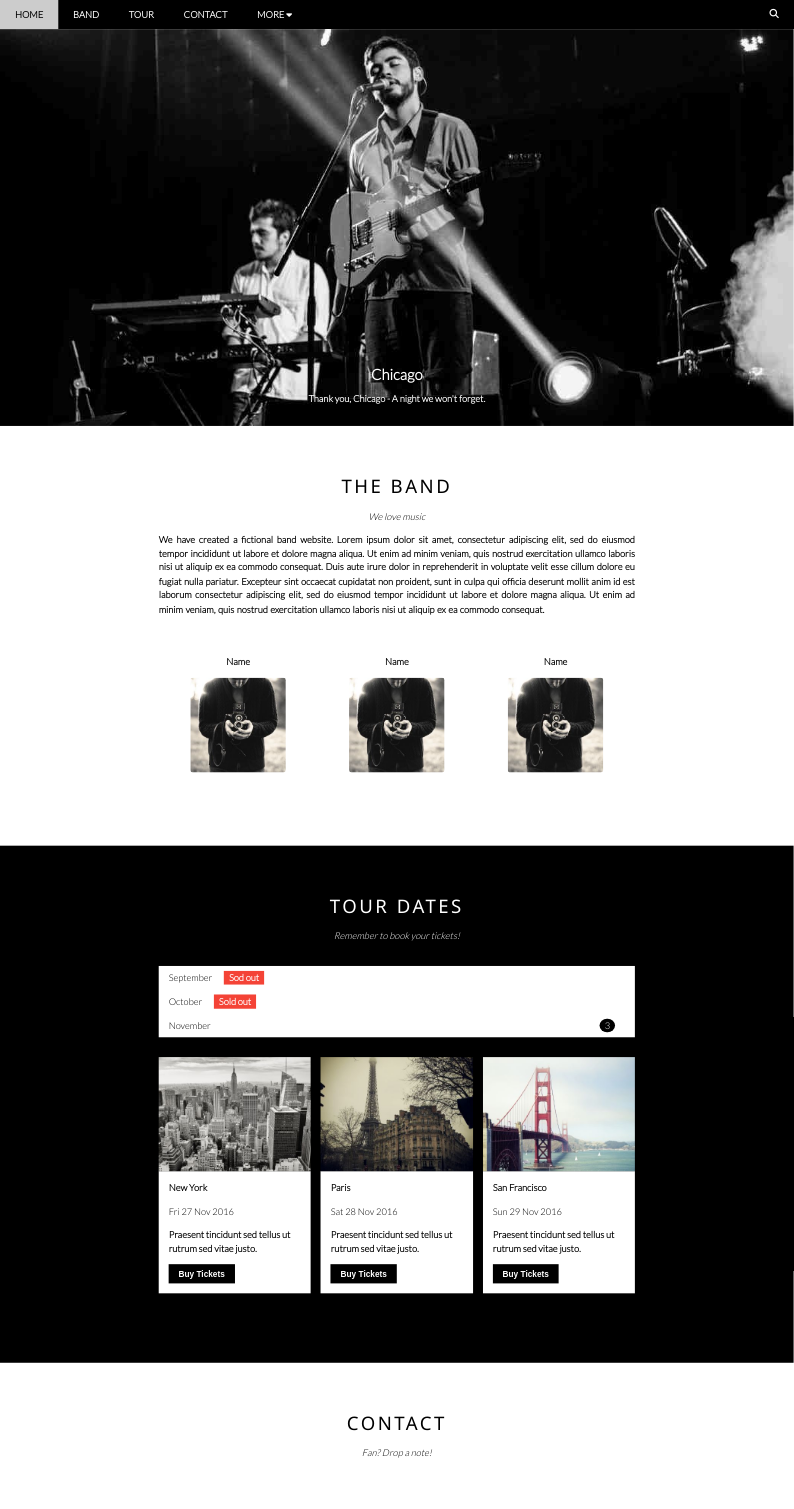
Repository: vanmanhAI/project-03-w3
Page: index.html
An editor plug-in stored every save of this project. The page is shown before and after the next save, followed by the edit.
The browser window is 1280 px wide. The pictures show the whole page, at 62% of full size.
Some web libraries are served in a nearby version.

Above is the page before, as saved 2022-07-13 09:51:40.

### index.html
<!DOCTYPE html>
<html lang="en">
<head>
    <meta charset="UTF-8">
    <meta http-equiv="X-UA-Compatible" content="IE=edge">
    <meta name="viewport" content="width=device-width, initial-scale=1.0">
    <title>Document</title>
    <link rel="stylesheet" href="./assets/css/style.css">
    <!-- icons -->
    <link rel="stylesheet" href="https://cdnjs.cloudflare.com/ajax/libs/font-awesome/6.1.1/css/all.min.css" integrity="sha512-KfkfwYDsLkIlwQp6LFnl8zNdLGxu9YAA1QvwINks4PhcElQSvqcyVLLD9aMhXd13uQjoXtEKNosOWaZqXgel0g==" crossorigin="anonymous" referrerpolicy="no-referrer" />
    <!-- font -->
    <link rel="preconnect" href="https://fonts.googleapis.com">
<link rel="preconnect" href="https://fonts.gstatic.com" crossorigin>
<link href="https://fonts.googleapis.com/css2?family=Lato:wght@300&display=swap" rel="stylesheet">
</head>
<body>
    <div id="main">
        <div id="header">
            <ul id="nav">
                <li><a href="#">home</a></li>
                <li><a href="#content-band">band</a></li>
                <li><a href="#content-tour">tour</a></li>
                <li><a href="#">contact</a></li>
                <li>
                    <a href="#">
                        more
                        <i class="fa-solid fa-caret-down subnav-caret"></i>
                    </a>
                    <ul class="subnav">
                        <li><a href="#">merchandise</a></li>
                        <li><a href="#">extras</a></li>
                        <li><a href="#">media</a></li>
                    </ul>
                </li>
            </ul>
            <i class="fa-solid fa-magnifying-glass header-search"></i>
        </div>

        <div id="slider">
            <div class="slider-desc">
                <h3 class="slider-name">chicago</h3>
                <b class="slider-content">Thank you, Chicago - A night we won't forget.</b>
            </div>
        </div>

        <div id="content">
            <div class="content-section" id="content-band">
                <h3 class="section-heading" >the band</h3>
                <p class="section-sub-heading">We love music</p>
                <p class="about">We have created a fictional band website. Lorem ipsum dolor sit amet, consectetur adipiscing elit, sed do eiusmod tempor incididunt ut labore et dolore magna aliqua. Ut enim ad minim veniam, quis nostrud exercitation ullamco laboris nisi ut aliquip ex ea commodo consequat. Duis aute irure dolor in reprehenderit in voluptate velit esse cillum dolore eu fugiat nulla pariatur. Excepteur sint occaecat cupidatat non proident, sunt in culpa qui officia deserunt mollit anim id est laborum consectetur adipiscing elit, sed do eiusmod tempor incididunt ut labore et dolore magna aliqua. Ut enim ad minim veniam, quis nostrud exercitation ullamco laboris nisi ut aliquip ex ea commodo consequat.</p>
                <div class="members-list">
                    <div class="member-item">
                        <p class="member-name">name</p>
                        <img src="./assets/img/Band/member1.jpg" alt="name" class="member-img">
                    </div>
                    <div class="member-item">
                        <p class="member-name">name</p>
                        <img src="./assets/img/Band/member1.jpg" alt="name" class="member-img">
                    </div>
                    <div class="member-item">
                        <p class="member-name">name</p>
                        <img src="./assets/img/Band/member1.jpg" alt="name" class="member-img">
                    </div>
                </div>
            </div>
            <div class="tour-section">
                <div class="content-section" id="content-tour">
                    <h3 class="section-heading text-white">tour dates</h3>
                    <p class="section-sub-heading text-white">Remember to book your tickets!</p>
                    <br>
                    <ul class="tickets-list">
                        <li>September <span class="sold-out">Sod out</span></li>
                        <li>October <span class="sold-out">Sold out</span></li>
                        <li>November <span class="quantity">3</span></li>
                    </ul>
                    <div class="places-list">
                        <div class="place-item">
                            <img src="./assets/img/Places/newyork.jpg" alt="New York" class="place-img">
                            <div class="place-body">
                                <h4 class="place-heading">new york</h4>
                                <p class="place-time">Fri 27 Nov 2016</p>
                                <p class="place-desc">Praesent tincidunt sed tellus ut rutrum sed vitae justo.</p>
                                <button class="place-buy-btn js-buy-ticket">Buy Tickets</button>
                            </div>
                        </div>
                        <div class="place-item">
                            <img src="./assets/img/Places/paris.jpg" alt="Paris" class="place-img">
                            <div class="place-body">
                                <h4 class="place-heading">paris</h4>
                                <p class="place-time">Sat 28 Nov 2016</p>
                                <p class="place-desc">Praesent tincidunt sed tellus ut rutrum sed vitae justo.</p>
                                <button class="place-buy-btn js-buy-ticket">Buy Tickets</button>
                            </div>
                        </div>
                        <div class="place-item">
                            <img src="./assets/img/Places/sanfran.jpg" alt="San Francisco" class="place-img">
                            <div class="place-body">
                                <h4 class="place-heading">san francisco</h4>
                                <p class="place-time">Sun 29 Nov 2016</p>
                                <p class="place-desc">Praesent tincidunt sed tellus ut rutrum sed vitae justo.</p>
                                <button class="place-buy-btn js-buy-ticket">Buy Tickets</button>
                            </div>
                        </div>
                    </div>
                </div>
            </div>
            <div class="content-section">
                <h3 class="section-heading">contact</h3>
                <p class="section-sub-heading">Fan? Drop a note!</p>

            </div>
        </div>
        <div id="footer"></div>
    </div>
    <div class="modal js-modal">
        <div class="modal-container js-modal-container">
            <div class="modal-header">
                <button class="modal-close js-modal-close">✕</button>
                <h3 class="modal-heading">
                    <i class="fa-solid fa-suitcase modal-bag"></i>
                    Tickets
                </h3>
            </div>
            <div class="modal-body">
                <label for="ticket-quantity" class="modal-label">
                    <i class="fa-solid fa-cart-shopping modal-shopping"></i>
                    Tickets, $15 per person
                </label>
                <input type="text" name="" id="ticket-quantity" placeholder="How many?" class="modal-input">
                <label for="ticket-email" class="modal-label">
                    <i class="fa-solid fa-user modal-user"></i>
                    Send To
                </label>
                <input type="text" name="" id="ticket-email" placeholder="Enter email" class="modal-input">
                <button class="modal-btn-pay">
                    PAY
                    <i class="fa-solid fa-check modal-check"></i>
                </button>
                <button class="modal-btn-close js-modal-close">
                    Close
                    <i class="fa-solid fa-xmark modal-xmark"></i>
                </button>
                <p class="modal-assit">
                    Need
                    <a href="#" class="modal-help">help?</a>
                </p>
            </div>
        </div>
    </div>
    <script>
        const buyBtns = document.querySelectorAll('.js-buy-ticket')
        const modal = document.querySelector('.js-modal')
        const modalCloses = document.querySelectorAll('.js-modal-close')
        const modalContainer = document.querySelector('.js-modal-container')
        modal.addEventListener('click', closeModal)
        modalContainer.addEventListener('click', function (event) {
            event.stopPropagation()
        })
        function closeModal() {
            modal.classList.remove('open')
        }
        function showBuyTicKets() {
            modal.classList.add('open')
        }
        for(const modalClose of modalCloses) {
            modalClose.addEventListener('click', closeModal)
        }
        for(const buyBtn of buyBtns) {
            buyBtn.addEventListener('click',  showBuyTicKets)
        }
    </script>
</body>
</html>

### assets/css/style.css
* {
    padding: 0;
    margin: 0;
    box-sizing: border-box;
}
html {
    font-size: 62.5%;
}
:root {
    --lineheight-nav: 2.25rem;
    --padding-nav: 1.2rem;
}
/* common */
.text-white {
    color: #fff;
}
.row {
    margin-left: -1.6rem;
    margin-right: -1.6rem;
}
.col {
    float: left;
    padding-left: 0.8rem;
    padding-right: 0.8rem;
}
/* main */
#main {

}
#header {
    position: fixed;
    z-index: 1;
    top: 0;
    left: 0;
    right: 0;
    background: #000;
    font-size: 1.5rem;
    font-family: 'Lato', sans-serif;
    font-weight: bold;
    line-height: var(--lineheight-nav);
}
#header:after {
    content: "";
    display: block;
    clear: both;
}
#header .header-search {
    color: #fff;
    display: block;
    float: right;
    padding: var(--padding-nav) 2.4rem;
    line-height: var(--lineheight-nav);
    cursor: pointer;
}
#header .header-search:hover {
    background: #f44336
}
#header #nav>li {
    position: relative;
    text-align: center;
    cursor: pointer;
    float: left;
}
#header #nav>li>a {
    display: block;
    padding: var(--padding-nav) 2.4rem;
}
#header #nav>li:last-child:hover .subnav {
    width: 16rem;
}
#header #nav li:hover {
    background: #ccc;
}
#header #nav>li:hover>a {
    color: #000;
}
#nav li {
    list-style-type: none;
    position: relative;
}
#nav li .subnav-caret {
    text-transform: none;
    text-align: center;
}
#nav li a {
    color: #fff;
    text-decoration: none;
    text-transform: uppercase;
}
#nav .subnav {
    position: absolute;
    width: 0;
    overflow: hidden;
    top: 100%;
    left: 0;
    background: #fff;
    color: #000;
    box-shadow: 0 0 4px 0 #ccc;
    transition: width 0.3s linear;
}
#nav .subnav li {
    padding: 0.8rem 1.6rem;
    text-align: left;
    min-width: 16rem;
}
#nav .subnav li a {
    color: #000;
    text-transform: capitalize;
}
#slider {
    position: relative;
    margin-top: calc(var(--lineheight-nav) + 2*var(--padding-nav));
    background: #ccc;
    padding-top: 50%;
    max-height: 100vh;
    background: url('/assets/img/sliders/chicago.jpg') top/cover no-repeat
}
.slider-desc{
    position: absolute;
    bottom: 0;
    left: 50%;
    transform: translatex(-50%);
    color: #fff;
    padding: 3.2rem 1.6rem;
    text-align: center;
    font-size: 1.5rem;
    font-family: 'Lato', sans-serif;

}
.slider-name{
    text-transform: capitalize;
    font-size: 2.4rem;
    line-height: 3.6rem;
    margin: 1rem 0;
}
.slider-content{
    line-height: 1.5;
    font-size: 1.5rem;
}
#content {
    line-height: 1.5;
}
#content .content-section {
    max-width: 80rem;
    margin: 0 auto;
    padding: 6.4rem 1.6rem;
    font-size: 1.5rem;
    font-family: 'Lato', sans-serif;
}
#content .section-heading {
    font-size: 3rem;
    text-transform: uppercase;
    line-height: 4.5rem;
    margin: 1rem 0;
    text-align: center;
    letter-spacing: 0.4rem;
    font-family: "Segoe UI",Arial,sans-serif;
    font-weight: 400;
}
#content .section-sub-heading {
    text-align: center;
    font-style: italic;
    font-weight: 100;
    margin: 1.5rem 0;
}
#content .content-section .about {
    text-align: justify;
    font-weight: bold;
    margin: 1.5rem 0;
    word-spacing: 0.1rem;
}
#content .members-list {
    padding: 3.2rem 0;
    text-align: center;
}
#content .members-list:after {
    content: "";
    display: block;
    clear: both;
}
#content .member-item{
    float: left;
    width: calc(100%/3);
}
#content .members-list .member-name {
    margin: 1.5rem 0;
    text-transform: capitalize;
    font-weight: bold;
}
#content .members-list .member-img{
    width: 60%;
    border-radius: 0.4rem;
    margin: 0 0 1.6rem;
}
#content .tour-section {
    background: #000;
}
#content .tour-section .tickets-list {
    background: #fff;
    list-style-type: none;
}
#content .tickets-list li {
    padding: 0.8rem 1.6rem;
}
#content .tickets-list .sold-out {
    display: inline-block;
    padding: 0 0.8rem;
    color: #fff;
    background: #f44336;
    margin-left: 1.6rem;
    text-align: center;
    font-weight: bold;
}
#content .tickets-list .quantity {
    display: block;
    padding: 0 0.8rem;
    background: #000;
    color: #fff;
    border-radius: 50%;
    float: right;
    margin-right: 1.6rem;
}
#content .places-list {
    padding: 3.2rem 0.8rem;
    margin: 0 -1.6rem;
}
#content .places-list:after {
    content: "";
    display: block;
    clear: both;
}
#content .places-list .place-item {
    width: calc(100%/3);
    float: left;
    padding: 0 0.8rem 1.6rem;
}
#content .places-list .place-img {
    width: 100%;
    vertical-align: middle;
}
#content .places-list .place-img:hover {
    opacity: 0.6;
}
#content .places-list .place-body{
    background: #fff;
    padding: 0.015rem 1.6rem;
}
#content .places-list .place-heading{
    margin: 1.5rem 0;
    text-transform: capitalize;
    font-weight: 700;
}
#content .places-list .place-time{
    margin: 1.5rem 0;
}
#content .places-list .place-desc{
    margin: 1.5rem 0;
    font-weight: bold;
}
#content .places-list .place-buy-btn{
    display: inline-block;
    padding: 0.8rem 1.6rem;
    border: none;
    background: #000;
    color: #fff;
    margin-bottom: 1.6rem;
    font-weight: bold;
}
#content .places-list .place-buy-btn:hover {
    background: #ccc;
    color: #000;
}
.modal {
    display: none;
    position: fixed;
    z-index: 3;
    top: 0;
    left: 0;
    right: 0;
    bottom: 0;
    background: rgba(0, 0, 0, 0.4);
    font-size: 1.5rem;
    font-family: "Segoe UI",Arial,sans-serif;
    line-height: 2.25rem;
    padding: 100px 16px;
}
.modal.open {
    display: block;
}
.modal .modal-container {
    position: relative;
    z-index: 2;
    box-shadow: 0 4px 10px rgba(0, 0, 0, 0.4);
    max-width: 900px;
    margin: auto;
}
.modal.open .modal-container {
    animation:  modalFadeIn 0.5s ease;
}
.modal .modal-container .modal-header {
    position: relative;
    color: #fff;
    background: #009688;
    text-align: center;
    padding: 3.2rem 1.6rem;
}
.modal .modal-header .modal-close {
    position: absolute;
    top: 0;
    right: 0;
    line-height: 3.6rem;
    padding: 0.8rem 1.6rem;
    font-size: 1.5rem;
    border: none;
    background: transparent;
}
.modal .modal-header .modal-close:hover {
    background: #ccc;
    color: #000;
}
.modal .modal-header .modal-heading {
    font-weight: 400;
    font-size: 3rem;
    line-height: 4.5rem;
    margin: 1rem 0;
    letter-spacing: 0.4rem;
}
.modal .modal-header .modal-bag{
    font-size: 2.7rem;
}
.modal .modal-container .modal-body {
    padding: 0.015rem 1.6rem;
    background: #fff;
}
.modal-container .modal-body:after {
    content: "";
    display: block;
    clear: both;
}
.modal .modal-body .modal-label {
    display: block;
    margin: 1.5rem 0;
}
.modal .modal-body .modal-input {
    display: block;
    width: 100%;
    border: 1px solid #ccc;
    padding: 8px;
    font-family: "Segoe UI",Arial,sans-serif;
    font-size: 1.5rem;
    line-height: 2.25rem;
}
.modal .modal-container .modal-btn-pay {
    display: block;
    width: 100%;
    border: none;
    margin: 1.6rem 0;
    padding: 1.6rem;
    background: #009688;
    color: #fff;
    text-align: center;
}
.modal .modal-container .modal-btn-pay:hover {
    background: #ccc;
    color: #000;
}
.modal .modal-container .modal-btn-close {
    border: none;
    margin: 1.6rem 0;
    padding: 0.8rem 1.6rem;
    float: left;
    background: #f44336;
    color: #fff;
    font-weight: bold;
    font-family: "Segoe UI",Arial,sans-serif;
    font-size: 1.5rem;
    line-height: 2.25rem;
}
.modal-container .modal-btn-close:hover {
    background: #ccc;
    color: #000;
}
.modal .modal-container .modal-assit {
    float: right;
    margin: 1.5rem 0;
}
.modal-container .modal-assit .modal-help {
    color: #2196f3;
    font-family: "Segoe UI",Arial,sans-serif;
}
@keyframes modalFadeIn {
    from {
        transform: translateY(-125%);
        opacity: 0;
    }
    to {
        transform: translateY(0);
        opacity: 1;
    }
}
.footer {

}

After the next save:
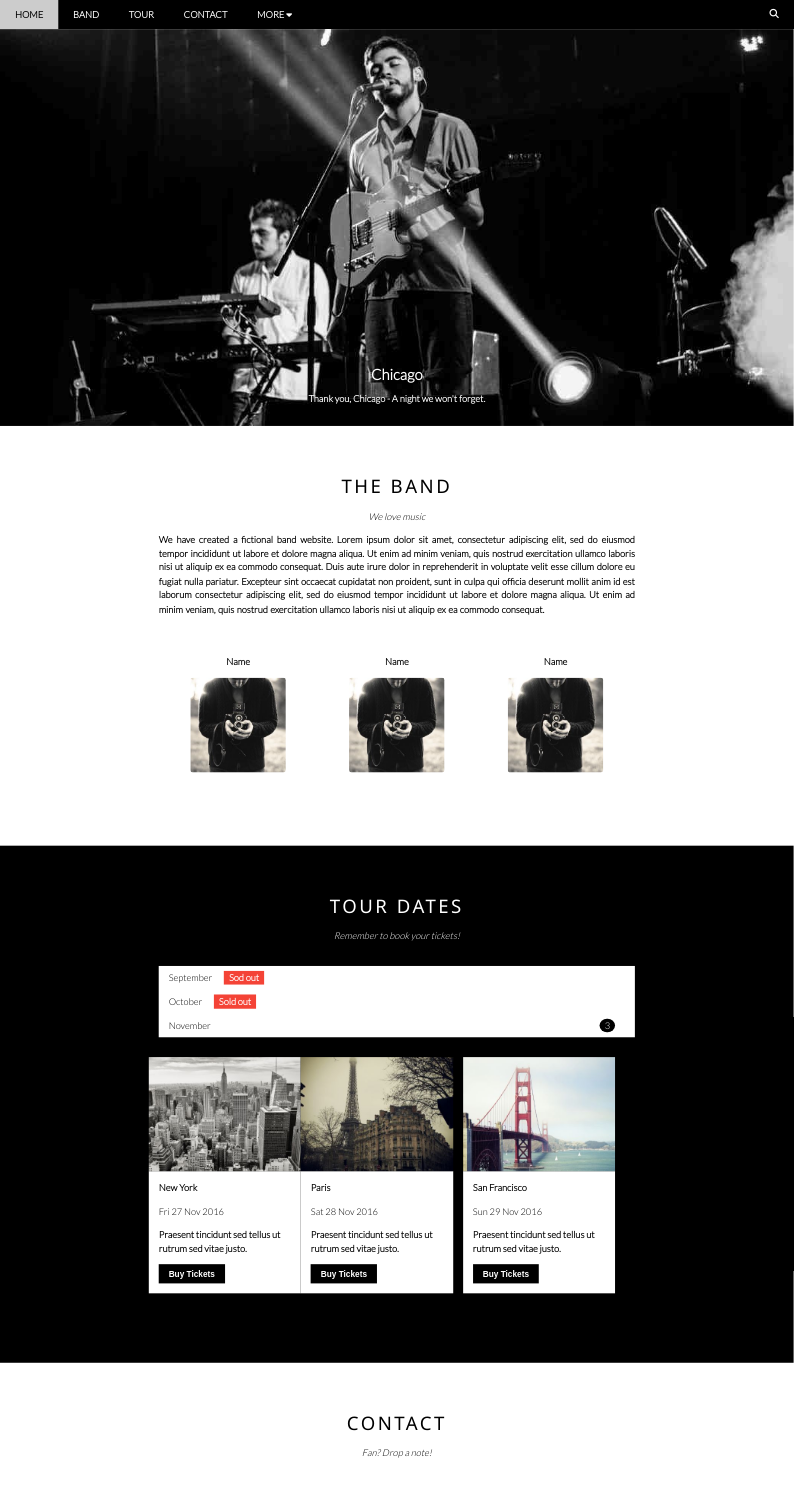
Saved 39 s later.
--- a/index.html
+++ b/index.html
@@ -74,7 +74,7 @@
                         <li>November <span class="quantity">3</span></li>
                     </ul>
                     <div class="places-list">
-                        <div class="place-item">
+                        <div class="place-item row">
                             <img src="./assets/img/Places/newyork.jpg" alt="New York" class="place-img">
                             <div class="place-body">
                                 <h4 class="place-heading">new york</h4>

After the 2 saves that followed:
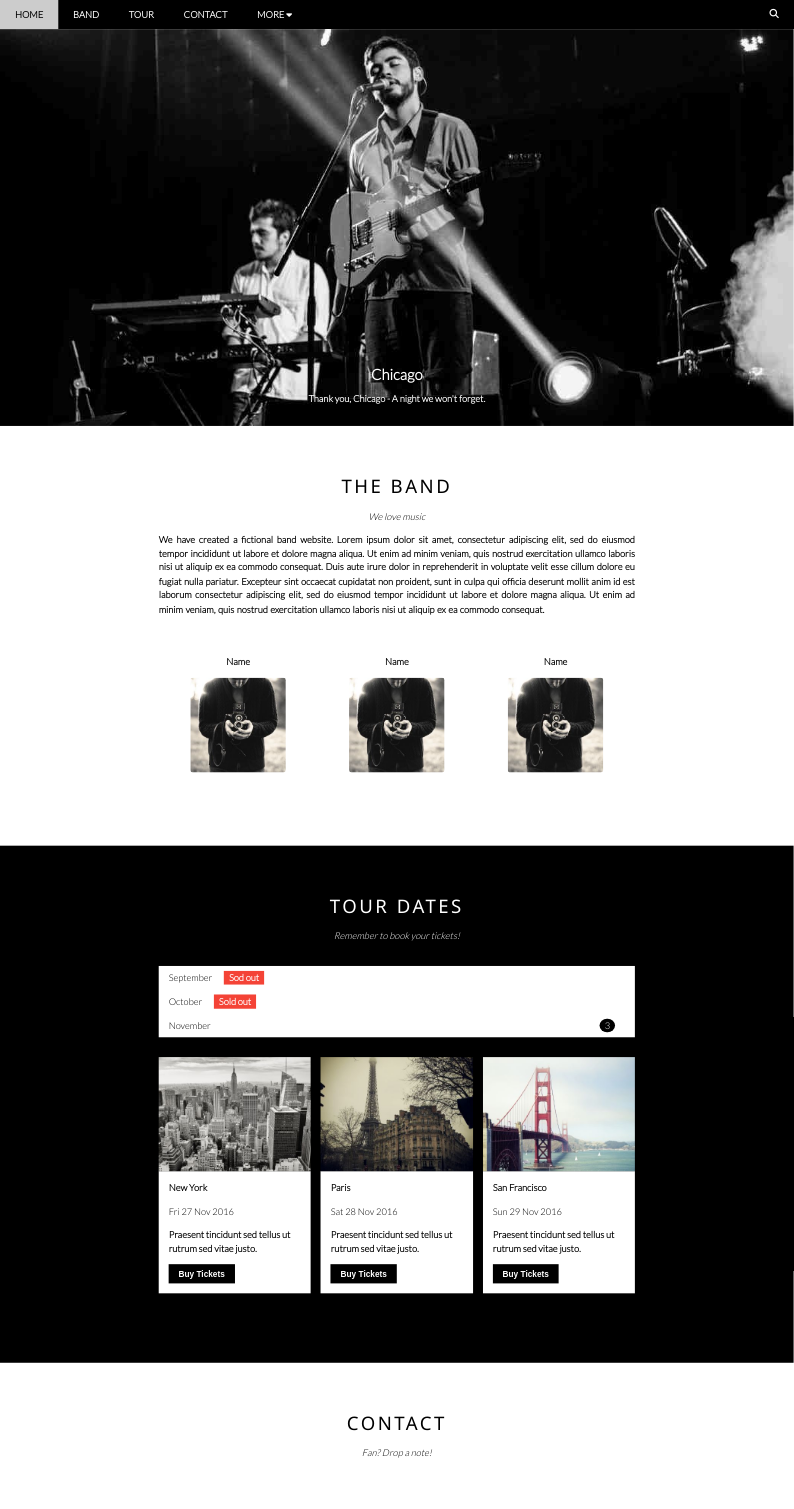
The 2 saves are shown as one change because they came seconds apart.
The last was saved 35 s later.
--- a/index.html
+++ b/index.html
@@ -73,8 +73,8 @@
                         <li>October <span class="sold-out">Sold out</span></li>
                         <li>November <span class="quantity">3</span></li>
                     </ul>
-                    <div class="places-list">
-                        <div class="place-item row">
+                    <div class="places-list row">
+                        <div class="place-item">
                             <img src="./assets/img/Places/newyork.jpg" alt="New York" class="place-img">
                             <div class="place-body">
                                 <h4 class="place-heading">new york</h4>
